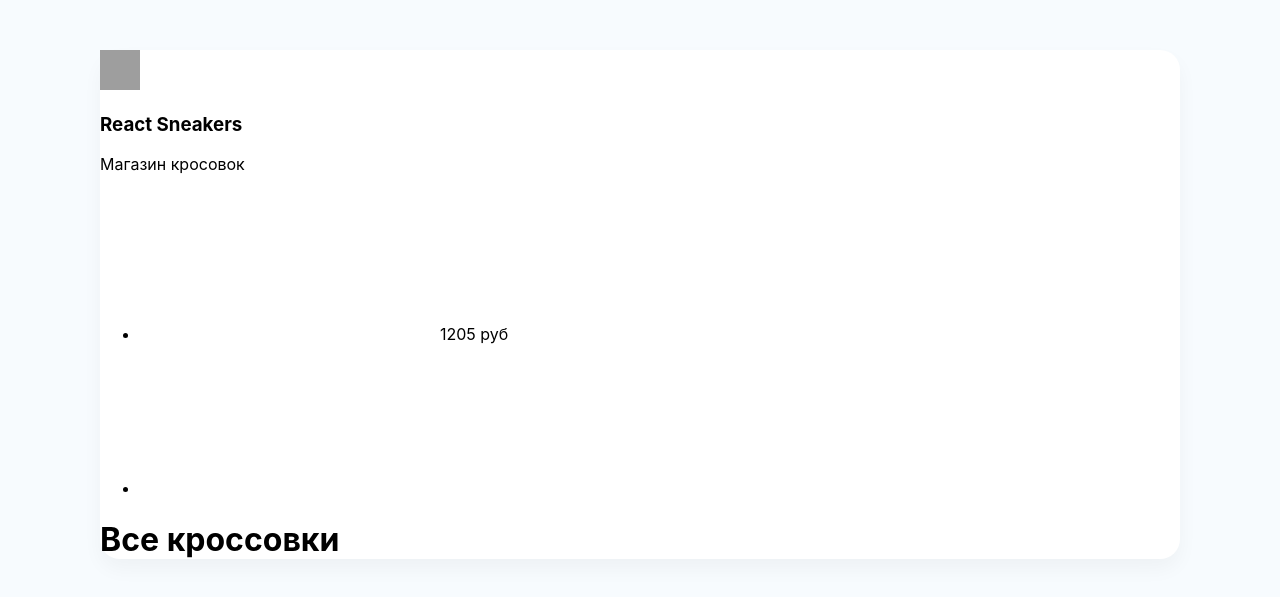
Repository: Azimich/React-Sneakers
Page: /
The author's editor kept a copy of each file at every save. The page is drawn from the files as they stood at one save, then again after a run of saves.
The browser window is 1280 px wide. The pictures show the whole page.
Pictures or frames that could not be fetched are drawn as grey boxes. The project was rebuilt for these pictures with package versions that can differ from the ones it lists, and the page was loaded fresh each time.

Above is the page before, as saved 2022-09-22 21:30:36.

### src/index.js
import React from 'react';
import ReactDOM from 'react-dom/client';
import './index.scss';
import App from './App';

const root = ReactDOM.createRoot(document.getElementById('root'));
root.render (
  <React.StrictMode>
    <App />
  </React.StrictMode>
);

### src/index.scss
body {
  margin: 0;
  font-family: -apple-system, BlinkMacSystemFont, 'Segoe UI', 'Roboto', 'Oxygen',
  'Ubuntu', 'Cantarell', 'Fira Sans', 'Droid Sans', 'Helvetica Neue',
  sans-serif;
  background-color: #F7FBFE;
}

.wrapper {
  background: #FFFFFF;
  box-shadow: 0px 10px 20px rgba(0, 0, 0, 0.04);
  border-radius: 20px;
  max-width: 1080px;
  margin: 50px auto;
}

### src/App.js
import React from 'react';


function App() {
  return (
    <div className="wrapper">
      <header>
        <div className="headerLeft"></div>
        <img width={40} height={40} src="/img/logo.svg" />
        <div className="headerInfo">
          <h3>React Sneakers</h3>
          <p>Магазин кросовок</p>
        </div>
        <ul className="headerRight">
          <li>
            <svg />
            <span>1205 руб</span>
          </li>
          <li>
            <svg />
          </li>
        </ul>
      </header>
      <div className="content">
        <h1>Все кроссовки</h1>
      </div>
    </div>
  );
}

export default App;

Loaded but not shown: public/index.html (common file)

After the next 3 saves:
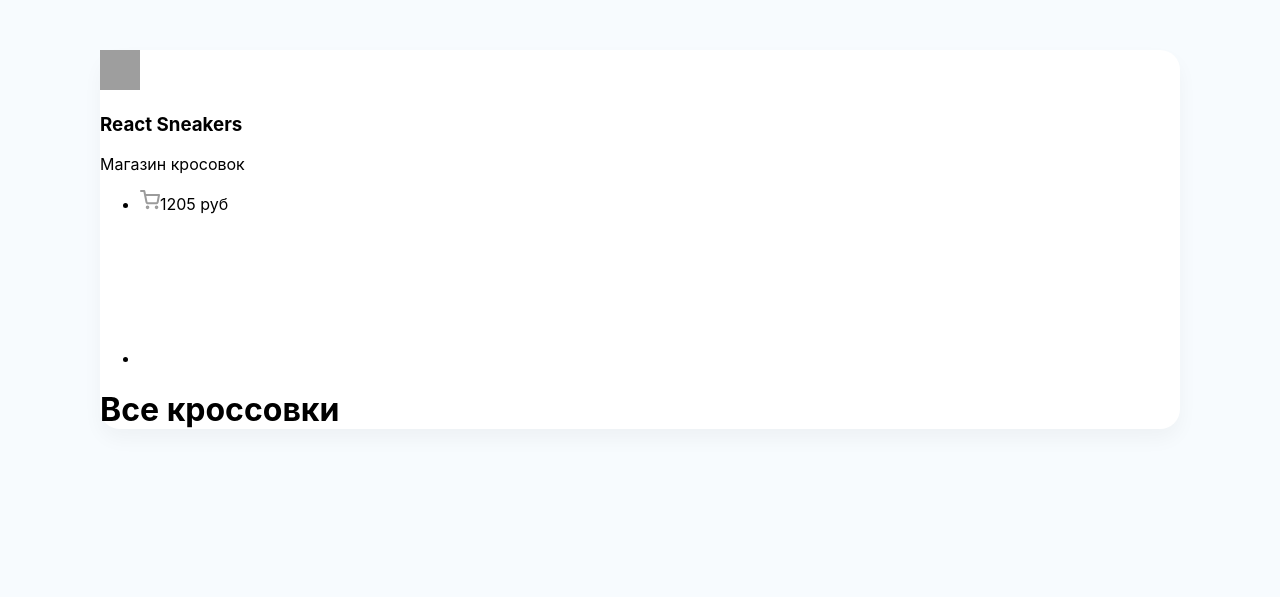
The 3 saves are shown as one change because they came seconds apart.
The last was saved 26 s later.
--- a/src/App.js
+++ b/src/App.js
@@ -13,7 +13,11 @@ function App() {
         </div>
         <ul className="headerRight">
           <li>
-            <svg />
+          <svg width="20" height="20" viewBox="0 0 20 20" fill="none" xmlns="http://www.w3.org/2000/svg">
+            <path d="M7.54548 18.1818C7.99735 18.1818 8.36366 17.8155 8.36366 17.3636C8.36366 16.9117 7.99735 16.5454 7.54548 16.5454C7.09361 16.5454 6.72729 16.9117 6.72729 17.3636C6.72729 17.8155 7.09361 18.1818 7.54548 18.1818Z" stroke="#9B9B9B" stroke-width="2" stroke-linecap="round" stroke-linejoin="round"/>
+            <path d="M16.5455 18.1818C16.9973 18.1818 17.3637 17.8155 17.3637 17.3636C17.3637 16.9117 16.9973 16.5454 16.5455 16.5454C16.0936 16.5454 15.7273 16.9117 15.7273 17.3636C15.7273 17.8155 16.0936 18.1818 16.5455 18.1818Z" stroke="#9B9B9B" stroke-width="2" stroke-linecap="round" stroke-linejoin="round"/>
+            <path d="M1 1H4.27273L6.46545 11.9555C6.54027 12.3321 6.7452 12.6705 7.04436 12.9113C7.34351 13.1522 7.71784 13.2801 8.10182 13.2727H16.0545C16.4385 13.2801 16.8129 13.1522 17.112 12.9113C17.4112 12.6705 17.6161 12.3321 17.6909 11.9555L19 5.09091H5.09091" stroke="#9B9B9B" stroke-width="2" stroke-linecap="round" stroke-linejoin="round"/>
+          </svg>
             <span>1205 руб</span>
           </li>
           <li>
